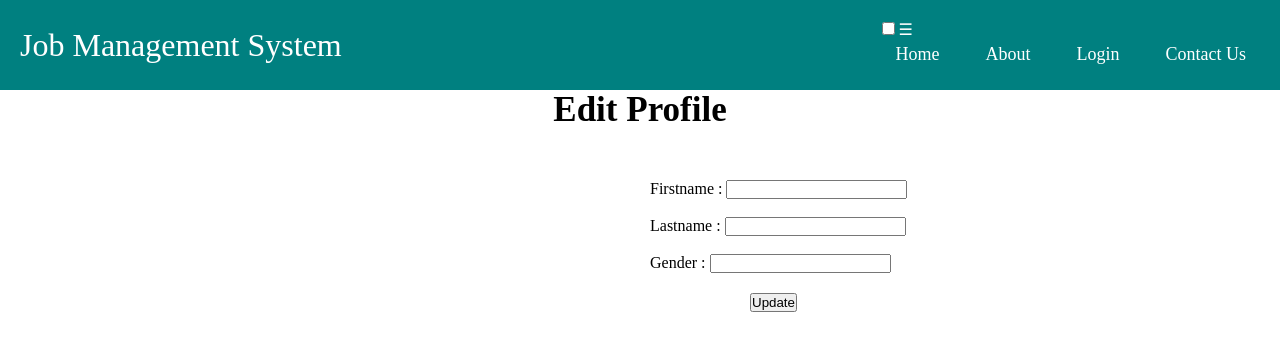
Repository: PrinceKumawat1109/JFSD
Page: http://localhost/Job-management/editprofile.jsp
These files come from the project's save history. The page is drawn as it stood at one moment and after the next save; the edit follows.
The browser window is 1280 px wide. The pictures show the whole page.
The page is served by Tomcat 9. Other server files are loaded and not shown.

Above is the page before, as saved 2022-10-29 11:01:58.

### Job-management/src/main/webapp/editprofile.jsp
<%@ page language="java" contentType="text/html; charset=UTF-8"
    pageEncoding="UTF-8"%>
<!DOCTYPE html>
<html>
<head>
<meta charset="UTF-8">
<title>Edit Profile</title>
<style>
h2{
text-align : center;
font-size : 35px;
}
.first
{
margin-left: 650px;
margin-top: 50px;
}
button
{
margin-left:100px;
margin-top:20px;
}
</style>
</head>
<body>
	<jsp:include page="navbar3.jsp" />
	<h2>Edit Profile</h2>
	<div class=" first">
	<p>Firstname : <input type="text" id="t1"/></p>
	<br/>
	<p>Lastname : <input type="text" id="t2"/></p>
	<br/>
	<p>Gender : <input type="text" id="t3"/></p>
	<button onclick="update()">Update</button>
	<label id="lbl"></label>
	</div>
</body>
<script type="text/javascript">
function update()
{
	var xhtml = new XMLHttpRequest();
	var url = "http://localhost:8080/api/register/"+sessionStorage.getItem("username");
	xhtml.open("PUT", url, true);
	xhtml.setRequestHeader('Content-Type','application/json');

	var t1 = document.getElementById("t1");
	var t2 = document.getElementById("t2");
	var t3 = document.getElementById("t3");
	var lbl = document.getElementById("lbl");

	xhtml.send(JSON.stringify({
		fname : t1.value,
		lname : t2.value,
		gender : t3.value
	}));
	xhtml.onreadystatechange = function()
	{
		if(this.readyState == 4 && this.status == 200)
			lbl.innerText = "Data Updated Successfully...!";
	};
}
</script>
</html>

### Job-management/src/main/webapp/navbar3.jsp
<!DOCTYPE html>
<html lang="en">
 <head>
   <meta charset="UTF-8" />
   <meta http-equiv="X-UA-Compatible" content="IE=edge" />
   <meta name="viewport" content="width=device-width, initial-scale=1.0" />
   <style>

    /* UTILITIES */
* {
 margin: 0;
 padding: 0;
 box-sizing: border-box;
}
body {
 font-family: cursive;
}
a {
 text-decoration: none;
}
li {
 list-style: none;
}

/* NAVBAR STYLING STARTS */
.navbar {
 display: flex;
 align-items: center;
 justify-content: space-between;
 padding: 20px;
 background-color: teal;
 color: #fff;
}
.nav-links a {
 color: #fff;
}
/* LOGO */
.logo {
 font-size: 32px;
}
/* NAVBAR MENU */
.menu {
 display: flex;
 gap: 1em;
 font-size: 18px;
}
.menu li:hover {
 background-color: #4c9e9e;
 border-radius: 5px;
 transition: 0.3s ease;
}
.menu li {
 padding: 5px 14px;
}
/* DROPDOWN MENU */
.services {
 position: relative;
}
.dropdown {
 background-color: rgb(1, 139, 139);
 padding: 1em 0;
 position: absolute; /*WITH RESPECT TO PARENT*/
 display: none;
 border-radius: 8px;
 top: 35px;
}
.dropdown li + li {
 margin-top: 10px;
}
.dropdown li {
 padding: 0.5em 1em;
 width: 8em;
 text-align: center;
}
.dropdown li:hover {
 background-color: #4c9e9e;
}
.services:hover .dropdown {
 display: block;
}
   </style>
   <title>Document</title>
 </head>
 <body>
   <nav class="navbar">
     <!-- LOGO -->
     <div class="logo">Job Management System</div>
     <!-- NAVIGATION MENU -->
     <ul class="nav-links">
       <!-- USING CHECKBOX HACK -->
       <input type="checkbox" id="checkbox_toggle" />
       <label for="checkbox_toggle" class="hamburger">&#9776;</label>
       <!-- NAVIGATION MENUS -->
       <div class="menu">
         <li><a href="/">Home</a></li>
         <li><a href="/">About</a></li>
         <li class="services">
           <a href="/">Login</a>
           <!-- DROPDOWN MENU -->
           <ul class="dropdown">
             <li><a href="editprofile.jsp">EDIT PROFILE </a></li>
             <li><a href="index.jsp">LOGOUT</a></li>
           </ul>
         </li>
         <li><a href="/">Contact Us</a></li>
       </div>
     </ul>
   </nav>
 </body>
</html>

After the next save:
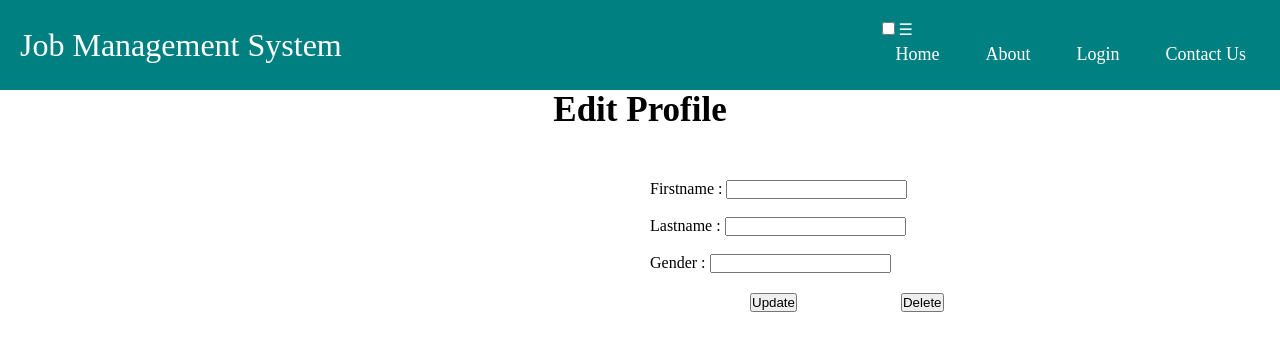
Saved 6 min 49 s later.
--- a/Job-management/src/main/webapp/editprofile.jsp
+++ b/Job-management/src/main/webapp/editprofile.jsp
@@ -32,6 +32,7 @@ margin-top:20px;
 	<br/>
 	<p>Gender : <input type="text" id="t3"/></p>
 	<button onclick="update()">Update</button>
+	<button onclick="remove()">Delete</button>
 	<label id="lbl"></label>
 	</div>
 </body>
@@ -59,5 +60,28 @@ function update()
 			lbl.innerText = "Data Updated Successfully...!";
 	};
 }
+function remove()
+{
+	var xhtml = new XMLHttpRequest();
+	var url = "http://localhost:8080/api/register/"+sessionStorage.getItem("username");
+	xhtml.open("DELETE", url, true);
+	xhtml.setRequestHeader('Content-Type','application/json');
+
+	var t1 = document.getElementById("t1");
+	var t2 = document.getElementById("t2");
+	var t3 = document.getElementById("t3");
+	var lbl = document.getElementById("lbl");
+
+	xhtml.send(JSON.stringify({
+		fname : t1.value,
+		lname : t2.value,
+		gender : t3.value
+	}));
+	xhtml.onreadystatechange = function()
+	{
+		if(this.readyState == 4 && this.status == 200)
+			lbl.innerText = "Data Updated Successfully...!";
+	};
+}
 </script>
 </html>
